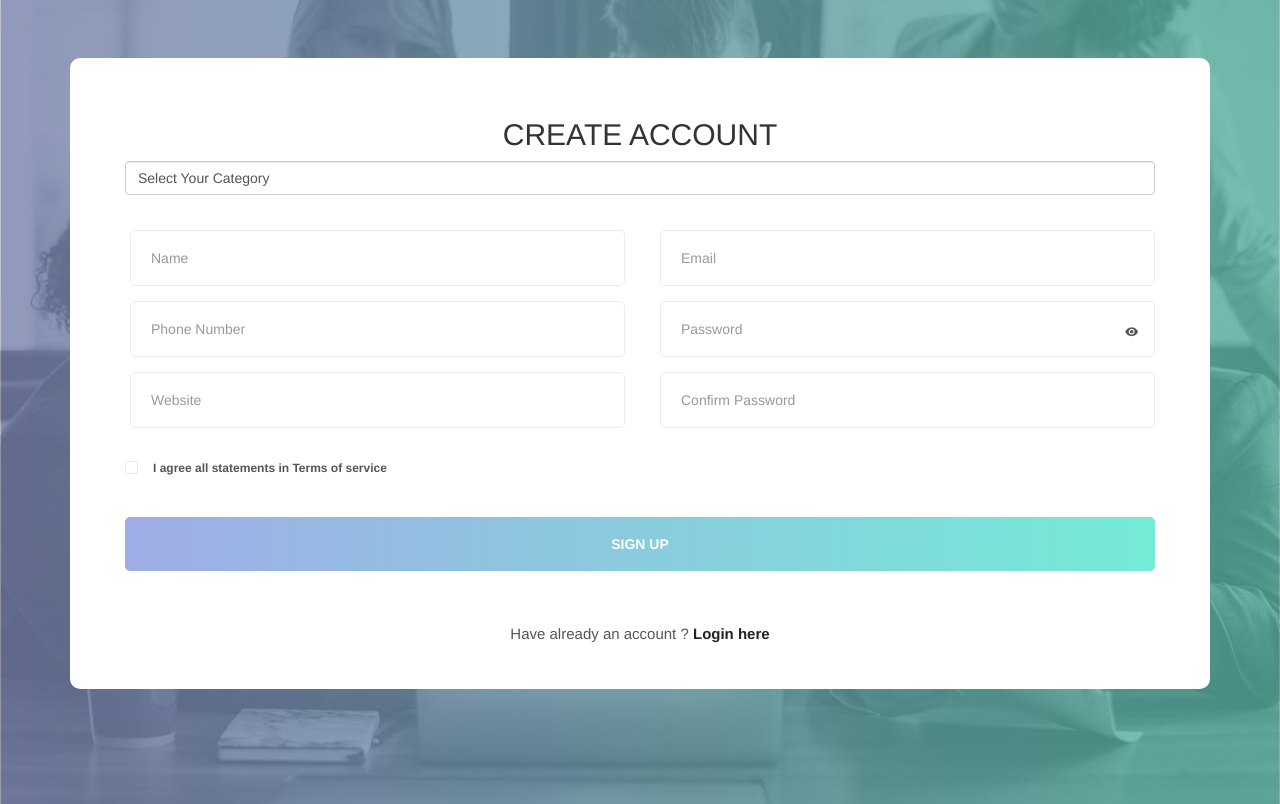
Repository: zainbt/Career_Bridge
Page: static/register/register.html
These files come from the project's save history. The page is drawn as it stood at one moment and after the next save; the edit follows.
The browser window is 1280 px wide. The pictures show the whole page.

Above is the page before, as saved 2019-11-18 18:35:07.

After the next save:
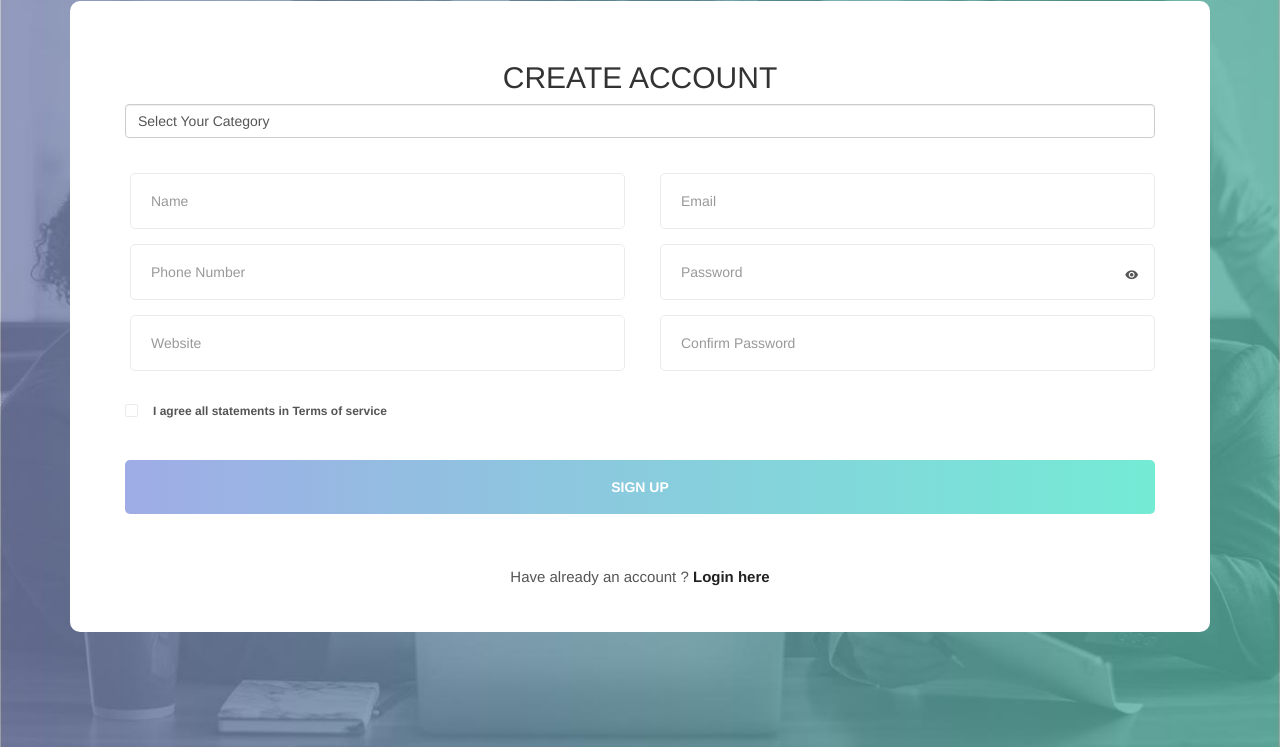
Saved 4 min 21 s later.
--- a/static/register/css/style.css
+++ b/static/register/css/style.css
@@ -245,7 +245,7 @@ body {
 
 .signup-content {
     position: relative;
-    margin-top: -5%;
+    margin-top: -10%;
     background: #fff;
     border-radius: 10px;
     -moz-border-radius: 10px;
